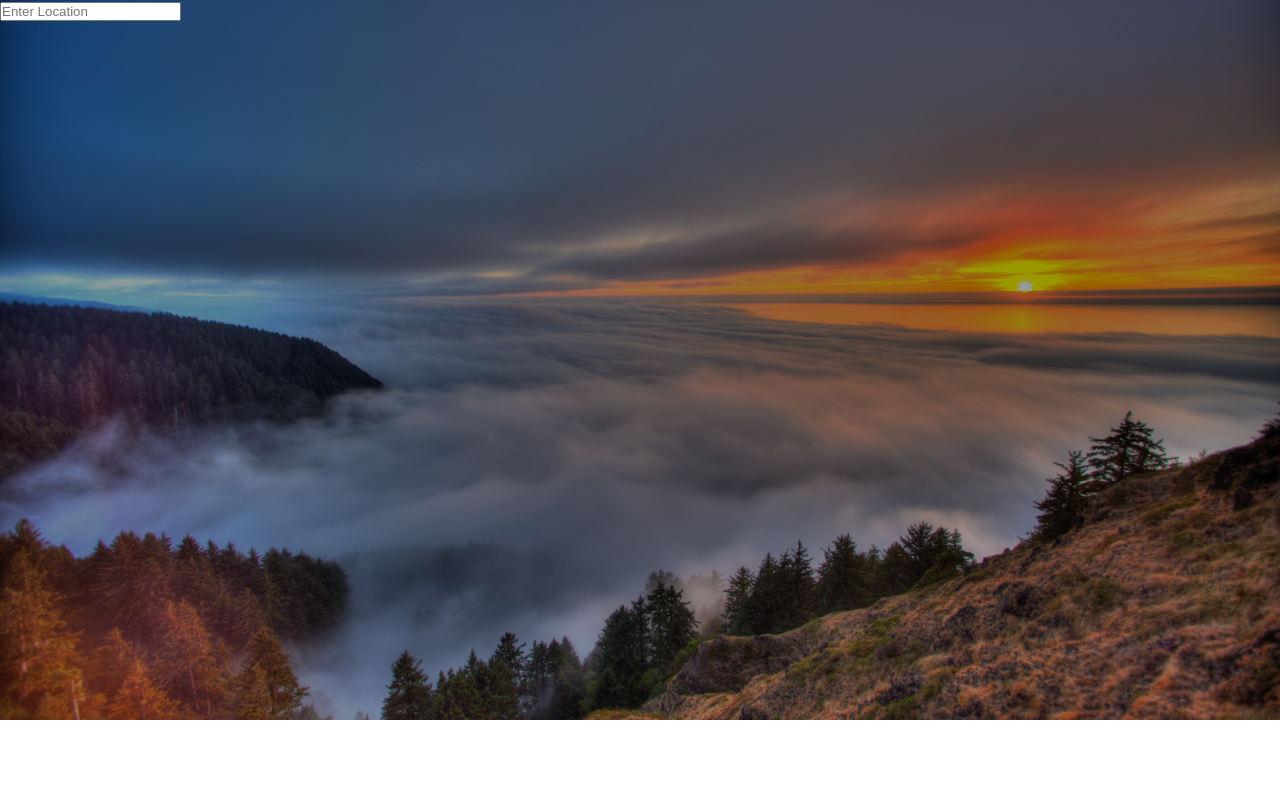
Repository: stavan30/weather-react
Page: /
These files come from the project's save history. The page is drawn as it stood at one moment and after the next save; the edit follows.
The browser window is 1280 px wide. The pictures show the whole page.
The project was rebuilt for these pictures with package versions that can differ from the ones it lists, and the page was loaded fresh each time.

Above is the page before, as saved 2024-02-06 00:50:25.

### src/index.css
@import url('https://fonts.googleapis.com/css2?family=Outfit:wght@100;200;300;400;500;600;700&family=Poppins:ital,wght@0,100;0,200;0,300;0,400;0,500;0,600;0,700;0,800;0,900;1,100;1,200;1,300;1,400;1,500;1,600;1,700;1,800;1,900&display=swap');

* {
  box-sizing: border-box;
  margin: 0;
  padding: 0;
}

body {
  font-family: 'Outfit', 'Segoe UI', 'Roboto', 'Oxygen',
    'Ubuntu', 'Cantarell', 'Fira Sans', 'Droid Sans', 'Helvetica Neue',
    sans-serif;
  -webkit-font-smoothing: antialiased;
  -moz-osx-font-smoothing: grayscale;
}

p {
  font-size: 1.6rem;
}

h1 {
  font-size: 6rem;
}

.app {
  width: 100%;
  height: 100vh;
  position: relative;
  background-color: rgba(0, 0, 0, 0.4);
  color: white;
}

.app:before{
  content: '';
  background: url('./assets/sunset.jpg') no-repeat center center/cover;
  position: absolute;
  width: 100%;
  height: 100%;
  top: 0;
  left: 0;
  z-index: -1;
}

.container {
  max-width: 700px;
  height: 700px;
  margin: auto;
  padding: 0 1rem;
  position: relative;
  top: 10%;
  display: flex;
  flex-direction: column;
  justify-content: space-between;
}

.app .top {
  width: 100%;
  margin: 1rem auto;
}

.app .description {
  position: relative;
  right: -90%;
  transform-origin: 0 0;
  transform: rotate(269deg);
}

.app .bottom {
  display: flex;
  justify-content: space-evenly;
  text-align: center;
  width: 100%;
  margin: 1rem auto;
  padding: 1rem;
  border-radius: 12px;
  background-color: rgba(255,255,255, 0.2);
}

.bold {
  font-weight: 700;
}

### src/App.js
import React, {useState} from "react";
import axios from "axios";

function App() {

  const [data, setData] = useState({})
  const [location, setLocation] = useState('')

  const url = `https://api.openweathermap.org/data/2.5/weather?q=${location}&units=imperial&appid=5a1232a3639c7a443e7df182fff23304`

  const searchLocation = (event) => {
    if (event.key === 'Enter') {
      axios.get(url).then((response) => {
        setData(response.data)
        console.log(response.data)
      })
      setLocation('')
    }
  }

  return (
    <div className="app">
      <div className="search">
        <input
          value={location}
          onChange={event => setLocation(event.target.value)}
          onKeyPress={searchLocation}
          placeholder='Enter Location'
          type="text" />
      </div>
      <div className="container">
        <div className="top">
          <div className="location">
            <p>{data.name}</p>
          </div>
          <div className="temp">
            {data.main ? <h1>{data.main.temp.toFixed()}°F</h1> : null}
          </div>
          <div className="description">
            {data.weather ? <p>{data.weather[0].main}</p> : null}
          </div>
        </div>

        {data.name !== undefined &&
          <div className="bottom">
            <div className="feels">
              {data.main ? <p className='bold'>{data.main.feels_like.toFixed()}°F</p> : null}
              <p>Feels Like</p>
            </div>
            <div className="humidity">
              {data.main ? <p className='bold'>{data.main.humidity}%</p> : null}
              <p>Humidity</p>
            </div>
            <div className="wind">
              {data.wind ? <p className='bold'>{data.wind.speed.toFixed()} MPH</p> : null}
              <p>Wind Speed</p>
            </div>
          </div>
        }
      </div>
    </div>
  );
}

export default App;

Loaded but not shown: public/index.html (common file); src/index.js (common file)

After the next save:
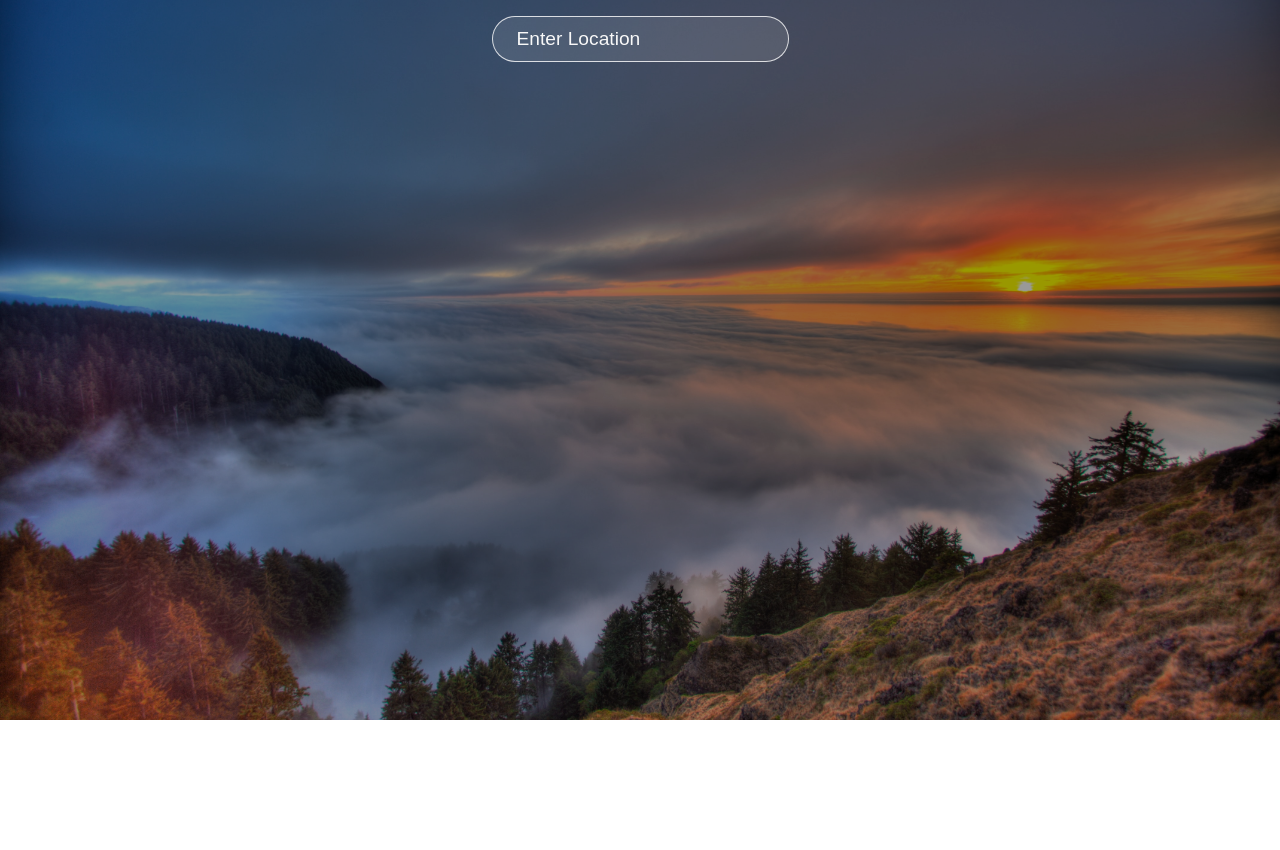
Saved 29 s later.
--- a/src/index.css
+++ b/src/index.css
@@ -26,11 +26,11 @@ h1 {
   width: 100%;
   height: 100vh;
   position: relative;
-  background-color: rgba(0, 0, 0, 0.4);
-  color: white;
+  background-color: rgba(0,0,0,0.4);
+  color: #fff;
 }
 
-.app:before{
+.app:before {
   content: '';
   background: url('./assets/sunset.jpg') no-repeat center center/cover;
   position: absolute;
@@ -39,6 +39,24 @@ h1 {
   top: 0;
   left: 0;
   z-index: -1;
+}
+
+.app .search {
+  text-align: center;
+  padding: 1rem;
+}
+
+.app input {
+  padding: .7rem 1.5rem;
+  font-size: 1.2rem;
+  border-radius: 25px;
+  border: 1px solid rgba(255,255,255, 0.8);
+  background: rgba(255,255,255, 0.1);
+  color: #f8f8f8;
+}
+
+::placeholder {
+  color: #f8f8f8;
 }
 
 .container {
